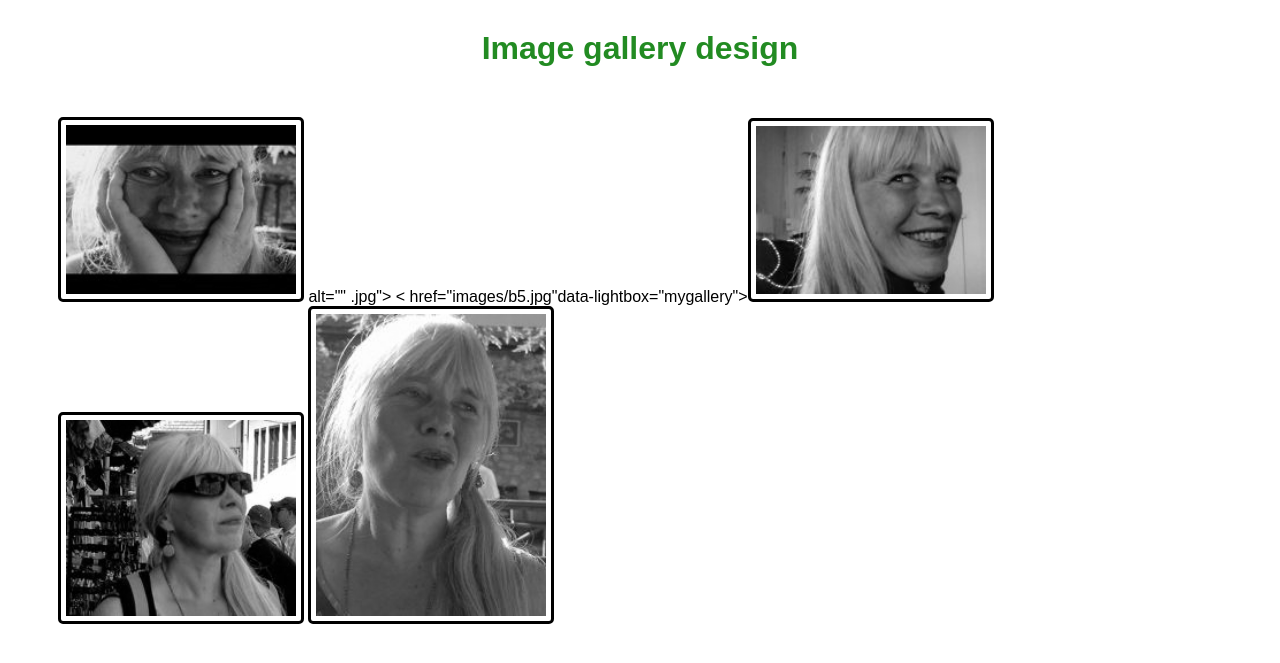
Repository: hindrik40/bildspel-lightbox
Page: index.html
These files come from the project's save history. The page is drawn as it stood at one moment and after the next save; the edit follows.
The browser window is 1280 px wide. The pictures show the whole page.

Above is the page before, as saved 2021-08-08 17:22:03.

After the next save:
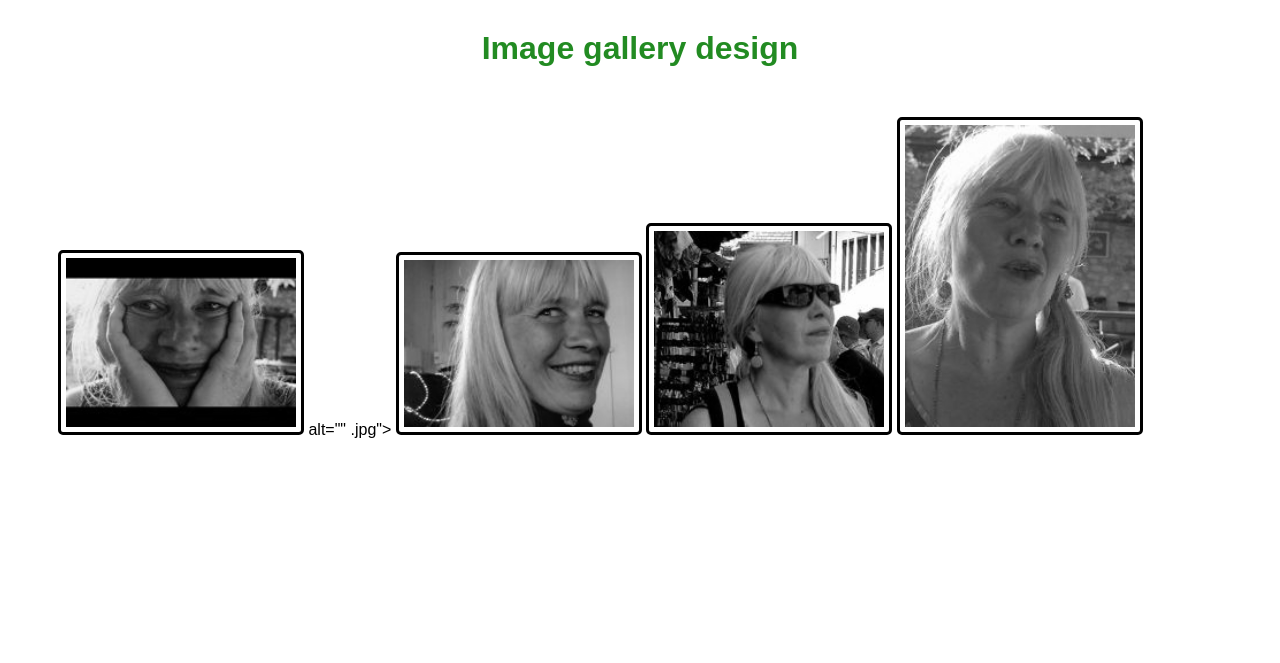
Saved 13 s later.
--- a/index.html
+++ b/index.html
@@ -15,7 +15,7 @@
     <h1>Image gallery design</h1>
     <div class="gallery">
         <a href="images/b8.jpg"data-lightbox="mygallery"><img src="images/b8t.jpg"></a>              alt="" .jpg"></a>
-        < href="images/b5.jpg"data-lightbox="mygallery"><img src="images/b5t.jpg"></a>
+        <a href="images/b5.jpg"data-lightbox="mygallery"><img src="images/b5t.jpg"></a>
         <a href="images/b6.jpg"data-lightbox="mygallery"><img src="images/b6t.jpg"></a>
         <a href="images/b9.jpg"data-lightbox="mygallery"><img src="images/b9t.jpg"></a>
 
